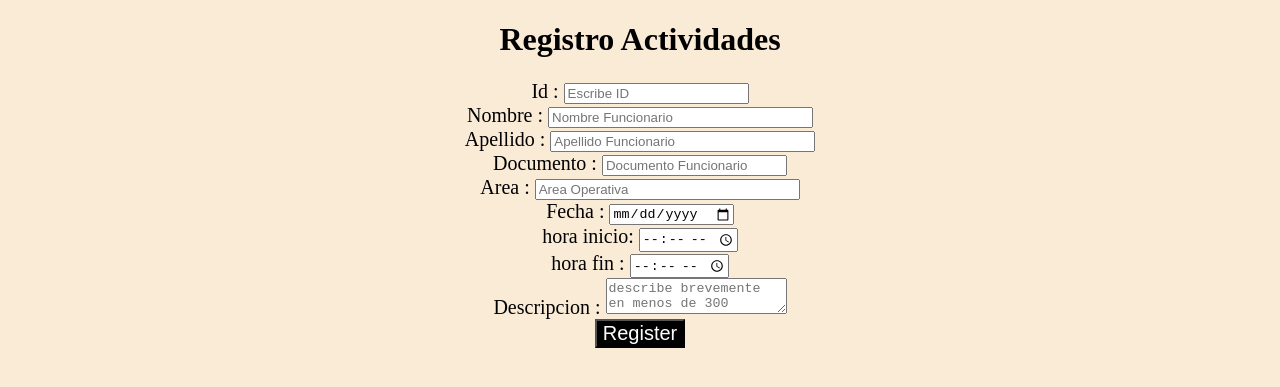
Repository: Yale2024/repo-registro-act
Page: templates/register.html
The author's editor kept a copy of each file at every save. The page is drawn from the files as they stood at one save, then again after the next save.
The browser window is 1280 px wide. The pictures show the whole page.

Above is the page before, as saved 2024-09-15 06:39:21.

### templates/register.html
<!DOCTYPE html>
<html lang="en">

<head>
    <meta charset="UTF-8">
    <meta name="viewport" content="width=device-width, initial-scale=1.0">
    <link rel="stylesheet" href="static/css/styleRegister.css">
    <script src="static/js/appRegister.js"></script>
    <title>Web App</title>
</head>
<body></body>
    <h1><center>Registro Actividades</center></h1>
    <form action="/register_user" method="POST">
    <!-- <form method="POST"> -->
        <label for="id"><right>Id       :</right></label>
        <input type="number"  size="30" name="id" id="Id" placeholder="Escribe ID" required /> <br>
        <label for="nombre">Nombre    :</label>
        <input type="text" size="30" name="nombre" id="nombre" placeholder="Nombre Funcionario" required /> <br>
        <label for="apellido">Apellido  :</label>
        <input type="text" size="30" name="apellido" id="apellido" placeholder="Apellido Funcionario" required /> <br>
        <label for="documento">Documento  :</label>
        <input type="number" size="30" name="documento" id="documento" placeholder="Documento Funcionario" required /> <br>
        <label for="are">Area      :</label>
        <input type ="text" size="30" name="area" id="area" placeholder="Area Operativa" required /> <br>
        <label for="fecha">Fecha     :</label>
        <input type ="date" size="30" name="fecha" id="fecha" placeholder="AAAA-MM-DD" required /> <br>
        <label for="horai">hora inicio:</label>
        <input type ="time" size="30" name="horai" id="horai" placeholder="hh:mm" required /> <br>
        <label for="horaf">hora fin  :</label>
        <input type ="time" size="30" name="horaf" id="horaf" placeholder="hh:mm" required /> <br>
        <label for="mensaje">Descripcion   :</label>
        <textarea name="descripcion" size="300" for="descripcion" placeholder="describe brevemente en menos de 300 carácteres" maxlength="300"></textarea> <br>
        <button>Register</button>
        <!-- <button onclick="register_user()">Register</button> -->
        <!-- <input type="submit" name="enviar" value="enviar datos"/> -->
    </form>
</body>

### static/css/styleRegister.css
form{
    text-align: center;
    font-size: 20px;
}

body{
    background-color: antiquewhite;
}

button{
    background-color: black;
    color: white;
    font-size:  20px;
}

### static/js/appRegister.js
function register_user() {
    location.href= '/register_user'
}

After the next save:
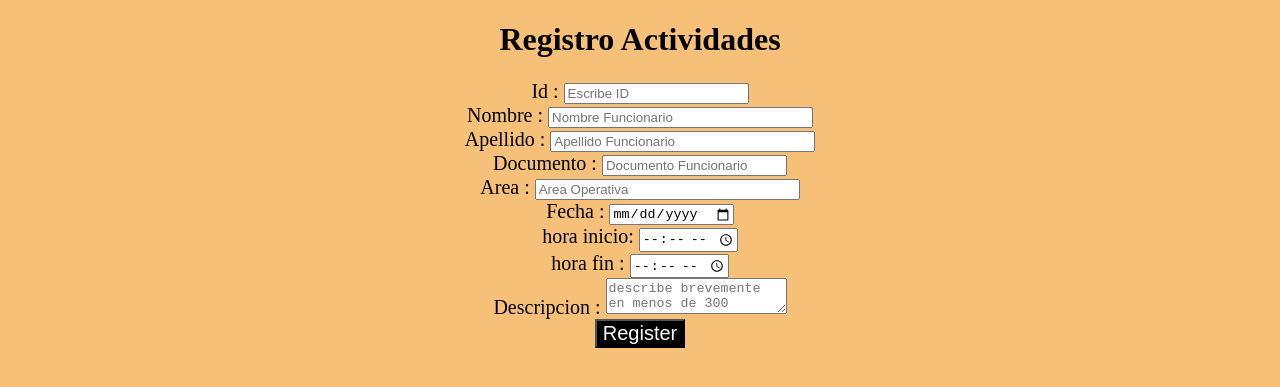
Saved 5 min 35 s later.
--- a/static/css/styleRegister.css
+++ b/static/css/styleRegister.css
@@ -4,7 +4,7 @@ form{
 }
 
 body{
-    background-color: antiquewhite;
+    background-color: #f7bb6dea;
 }
 
 button{
